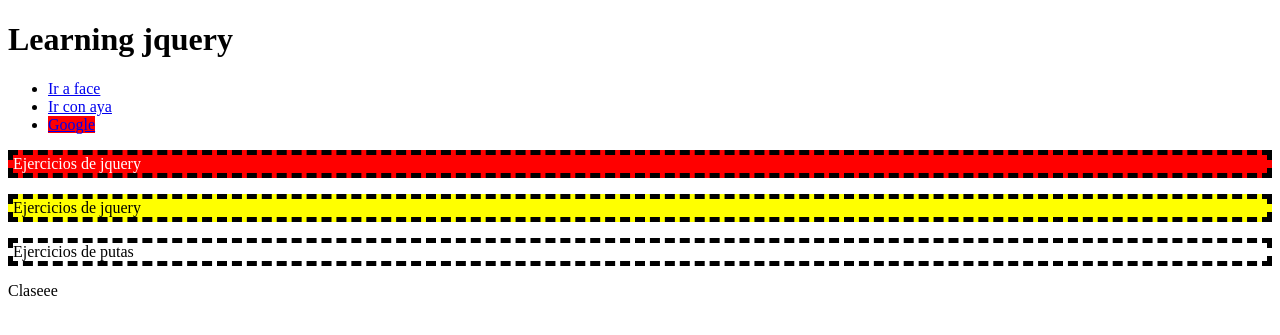
Repository: gitmadacode/practica_javascript
Page: Inicio/jquery/index.html
An editor plug-in stored every save of this project. The page is shown before and after the next save, followed by the edit.
The browser window is 1280 px wide. The pictures show the whole page.

Above is the page before, as saved 2019-09-13 19:52:53.

After the next save:
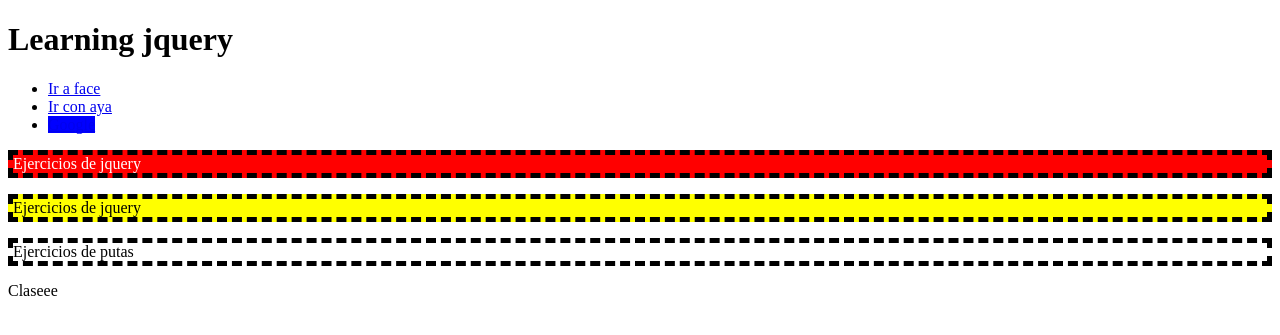
Saved 11 s later.
--- a/Inicio/js/selectores.js
+++ b/Inicio/js/selectores.js
@@ -28,6 +28,6 @@ $(document).ready(function(){
     console.log(rojo);
 
     //Selectores de atributo
-    $('[title=Google]').css('background','red');
+    $('[title=Google]').css('background','blue');
 
 });
